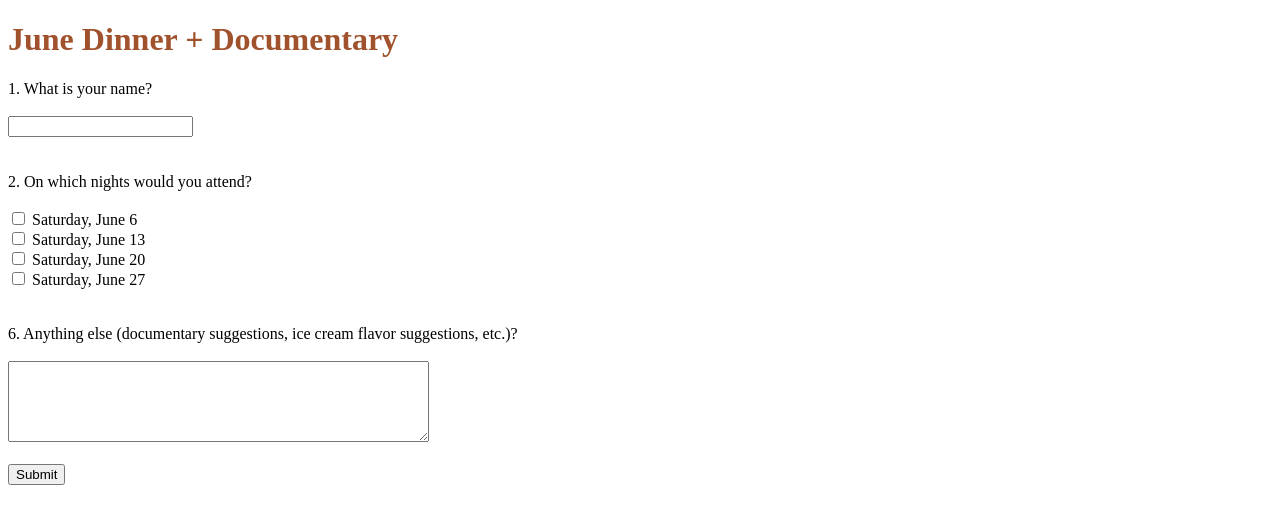
Repository: bhuhmann/event-survey
Page: survey.html
The author's editor kept a copy of each file at every save. The page is drawn from the files as they stood at one save, then again after the next save.
The browser window is 1280 px wide. The pictures show the whole page.

Above is the page before, as saved 2020-04-01 16:55:15.

After the next save:
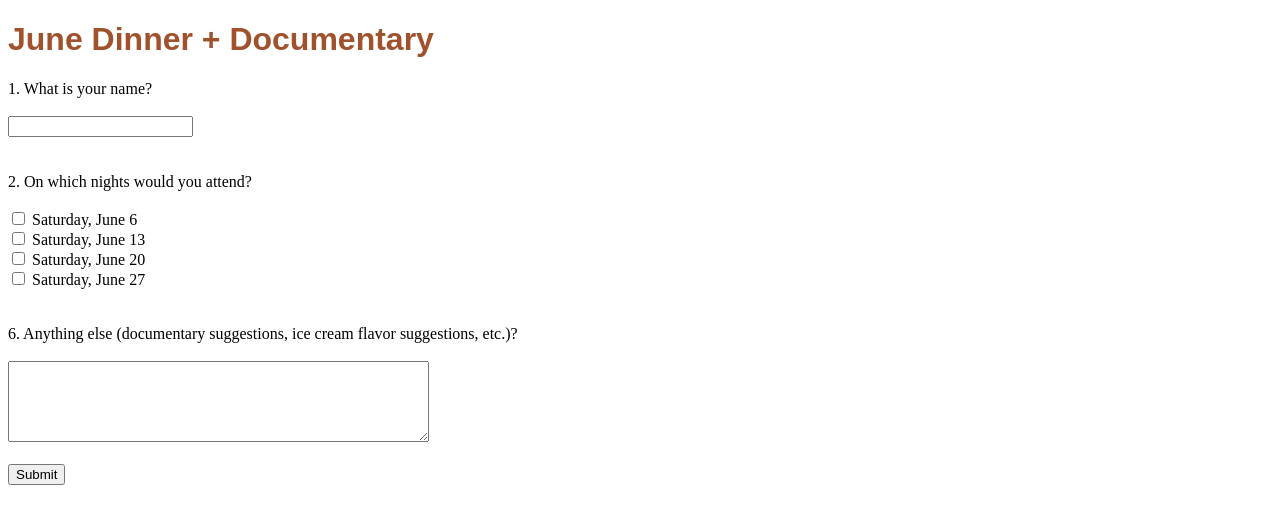
Saved 4 s later.
--- a/style.css
+++ b/style.css
@@ -1,6 +1,6 @@
 h1 {
     color: sienna;
-    font-fmaily: Arial;
+    font-family: Arial;
 }
 
 .class {
